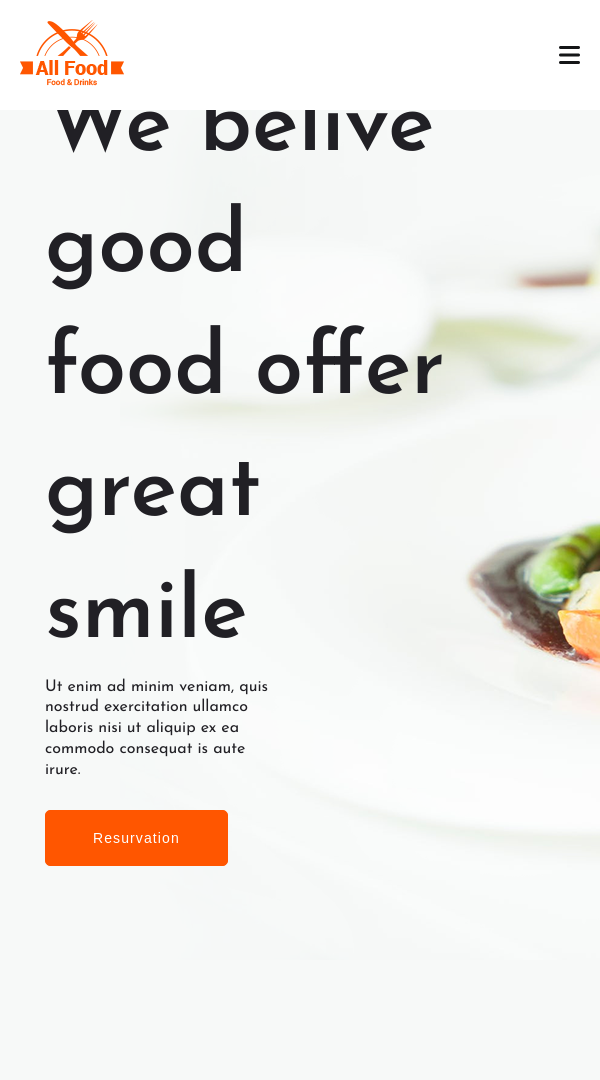
Repository: Ebtehal18/food
Page: index.html
The author's editor kept a copy of each file at every save. The page is drawn from the files as they stood at one save, then again after the next save.
The browser window is 600 px wide. The pictures show the whole page.
The first `.header input` is checked.

Above is the page before, as saved 2024-01-17 14:24:44.

### index.html
<!DOCTYPE html>
<html lang="en">
  <head>
    <meta charset="UTF-8" />
    <meta name="viewport" content="width=device-width, initial-scale=1.0" />
    <title>Time Zone</title>
    <link rel="preconnect" href="https://fonts.googleapis.com" />
    <link rel="preconnect" href="https://fonts.gstatic.com" crossorigin />
    <link
      href="https://fonts.googleapis.com/css2?family=Josefin+Sans:wght@200;300;400;500;600&display=swap"
      rel="stylesheet"
    />
    <link rel="stylesheet" href="asessets/css/style.css" />
    <link rel="stylesheet" href="asessets/css/External/all.min.css" />
  </head>
  <body>
    <!-- nav bar -->
    <header class="header">
      <div class="logo"><img src="asessets/imgs/logo.png" alt="logo" /></div>
      <label for="checkbox"><i class="fa-solid fa-bars"></i></label>
      <input type="checkbox" id="checkbox">
      <nav class="nav">
        <ul class="nav-list">
          <li class="list-item"><a href="#">Home</a></li>
          <li class="list-item"><a href="#">About</a></li>
          <li class="list-item"><a href="#">Menu</a></li>
          <li class="list-item">
            <a href="#">Blog</a>
            <ul class="dropdown-list">
              <li class="dropdown-item"><a href="#">Blog</a></li>
              <li class="dropdown-item"><a href="#">Blog Details</a></li>
              <li class="dropdown-item"><a href="#">Element</a></li>
            </ul>
          </li>
          <li class="list-item"><a href="#">Contact</a></li>
        </ul>
      </nav>
      <button class="btn btn-nav">Order Online</button>
    </header>

    <!-- hero -->

    <section class="hero">
      <div class="container">
        <div class="row">
         <div class="hero-content">
           <span>Discover Your Teste</span>
          <h1>We belive good food offer great smile</h1>
          <p>
            Ut enim ad minim veniam, quis nostrud exercitation ullamco laboris
            nisi ut aliquip ex ea commodo consequat is aute irure.
          </p>
          <button class="btn-hero">Resurvation</button>
        </div>
          </div>
        </div>
      </div>
    </section>
  </body>
</html>

### asessets/css/style.css
/*
=======================================================
          public styles
======================================================= */
*,
*::after,
*::before {
  margin: 0;
  padding: 0;
  box-sizing: border-box;
}
html,
body {
  overflow-x: hidden;
}
body {
  font-family: "Josefin Sans", sans-serif;
  color: #141517;
  /* height: 1000px; */
}
.container {
  width: 85%;
  margin: auto;
}
.row {
  display: flex;
  justify-content: space-between;
  align-items: flex-start;
}

/* @media (max-width: 767px) {
  .row {
    flex-flow: column wrap;
  }
} */

/*
=====================================================
            end public styles
=====================================================
 */

/* ===============
        navbar
 ================= */
.header {
  z-index: 999;
  display: flex;
  background-color: #fff;
  position: fixed;
  justify-content: space-around;
  align-items: center;
  top: 0;
  padding: 20px 65px;
  width: 100%;
}
.header .nav {
  display: flex;
  margin-left: auto;
  margin-right: 30px;
}
.header .nav .nav-list .list-item {
  padding: 0 30px;
  display: inline-block;
}
.header .nav .nav-list .list-item a {
  color: #141517;
  font-weight: 400;
  font-size: 16px;
  text-decoration: none;
}
.header .nav .nav-list .list-item a:hover {
  color: #ff5600;
}
.header .nav .nav-list .list-item:nth-child(4) {
  position: relative;
}

.header .nav .list-item .dropdown-list {
  padding: 10px 15px;
  background-color: #fff;
  position: absolute;
  top: 44px;
  left: -4px;
  opacity: 0;
  transition: all 0.4s ease-in;
  -webkit-transition: all 0.4s ease-in;
  -moz-transition: all 0.4s ease-in;
  -ms-transition: all 0.4s ease-in;
  -o-transition: all 0.4s ease-in;
}
.header .nav .nav-list .list-item:nth-child(4):hover .dropdown-list {
  opacity: 1;
  top: 63px;
}

.header .nav .list-item .dropdown-list li {
  width: 140px;
  display: inline-block;
  margin-bottom: 20px;
}
.header .btn {
  position: relative;
  z-index: 1;
  cursor: pointer;
  color: #464d65;
  outline: none;
  border: 1px solid #ff5600;
  font-size: 14px;
  font-weight: 500;
  background-color: transparent;
  padding: 19px 47px;
  border-radius: 5px;
  -webkit-border-radius: 5px;
  -moz-border-radius: 5px;
  -ms-border-radius: 5px;
  -o-border-radius: 5px;
  transition: all 0.4s ease-in;
  -webkit-transition: all 0.4s ease-in;
  -moz-transition: all 0.4s ease-in;
  -ms-transition: all 0.4s ease-in;
  -o-transition: all 0.4s ease-in;
}
.header .btn::before {
  background-color: #ff5600;
  position: absolute;
  content: "";
  top: 0;
  left: 0;
  height: 0%;
  width: 100%;
  z-index: -1;
  transition: all 0.4s ease-in;
  -webkit-transition: all 0.4s ease-in;
  -moz-transition: all 0.4s ease-in;
  -ms-transition: all 0.4s ease-in;
  -o-transition: all 0.4s ease-in;
}
.header .btn:hover {
  color: #fff;
}
.header .btn:hover::before {
  height: 100%;
}
.header input,
label {
  display: none;
}

@media (max-width: 767px) {
  .header {
    display: flex;
    justify-content: space-between;
    padding: 20px;
  }
  .header .nav {
    display: none;
  }
  .header .nav-list {
    padding: 20px 0;
    left: 0;
    right: 0;
    background-color: #ffb400fa;
    display: none;
    position: absolute;
    top: 100%;
  }

  .header .nav .nav-list .list-item {
    margin-bottom: 20px;
    padding: 0 30px;
    display: block;
  }
  .header .nav .nav-list .list-item a {
    color: #fff;
  }
  .header .nav .list-item .dropdown-list {
    border-radius: 5px;
    left: 23px;
    top: 0;
    background-color: #ff5600;
    -webkit-border-radius: 5px;
    -moz-border-radius: 5px;
    -ms-border-radius: 5px;
    -o-border-radius: 5px;
  }

  .header .nav .list-item .dropdown-list li {
    display: block;
  }
  .header .nav .list-item .dropdown-list a,
  .header .nav .list-item .dropdown-list a:hover {
    color: #fff;
  }
  .header .btn {
    display: none;
  }
  .header label {
    margin-left: auto;
    display: block;
  }
  .header label i {
    font-size: 24px;
  }
  .header input:checked + nav .nav-list {
    display: block;
  }
}
/* ===============
       end  navbar
 ================= */
/* ===============
       hero
 ================= */
.hero {
  display: flex;
  width: 100%;
  height: 1080px;
  background-image: url(../imgs/h1_hero.png);
  background-size: cover;
  background-position: bottom;
}

.hero .hero-content {
  margin-top: -237px;
}
.hero .hero-content span {
  color: #ff5600;
  font-size: 16px;
  font-weight: 500;
  margin-bottom: 75px;
  display: inline-block;
}
.hero .hero-content h1 {
  color: #212025;
  font-size: 87px;
  width: 80%;
  line-height: 1.4;
}
.hero .hero-content p {
  margin-bottom: 30px;
  line-height: 1.3;
  width: 44%;
  color: #212025;
  font-size: 16px;
}
.hero .hero-content .btn-hero {
  letter-spacing: 1.1px;
  position: relative;
  z-index: 1;
  cursor: pointer;
  color: #fff;
  outline: none;
  border: 1px solid #ff5600;
  font-size: 14px;
  font-weight: 500;
  background-color: #ff5600;
  padding: 19px 47px;
  border-radius: 5px;
  -webkit-border-radius: 5px;
  -moz-border-radius: 5px;
  -ms-border-radius: 5px;
  -o-border-radius: 5px;
  transition: all 0.4s ease-in;
  -webkit-transition: all 0.4s ease-in;
  -moz-transition: all 0.4s ease-in;
  -ms-transition: all 0.4s ease-in;
  -o-transition: all 0.4s ease-in;
}
.hero .hero-content .btn-hero::before {
  z-index: -1;
  content: "";
  background-color: rgba(0, 0, 0, 0.6);
  top: 0;
  left: 0;
  width: 0;
  height: 100%;
  position: absolute;
  transition: all 0.4s;
  -webkit-transition: all 0.4s;
  -moz-transition: all 0.4s;
  -ms-transition: all 0.4s;
  -o-transition: all 0.4s;
}
.hero .hero-content .btn-hero:hover::before {
  filter: grayscale(50%);
  width: 100%;
  -webkit-filter: grayscale(50%);
}

Loaded but not shown: asessets/css/External/all.min.css (library)

After the next save:
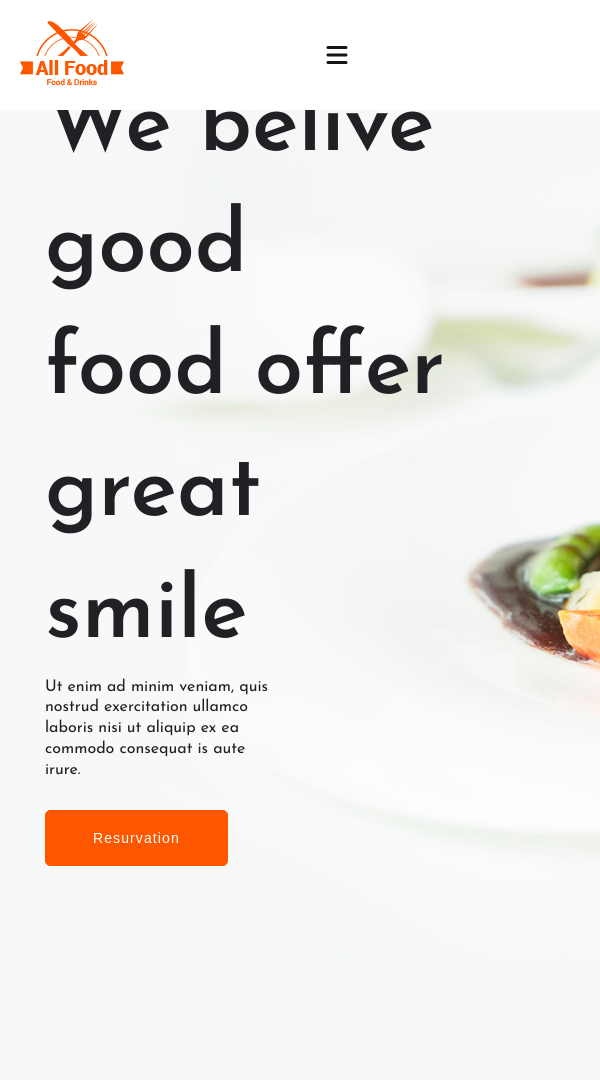
Saved 40 s later.
--- a/asessets/css/style.css
+++ b/asessets/css/style.css
@@ -202,7 +202,7 @@
   .header label i {
     font-size: 24px;
   }
-  .header input:checked + nav .nav-list {
+  .header input:checked + .nav {
     display: block;
   }
 }

After the save that followed:
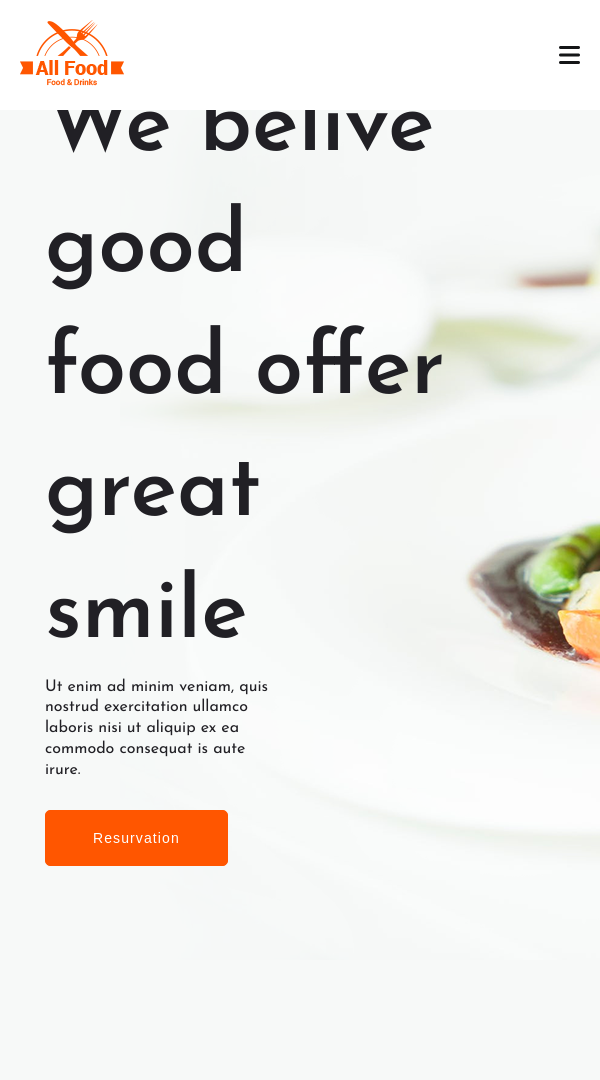
Saved 23 s later.
--- a/asessets/css/style.css
+++ b/asessets/css/style.css
@@ -202,7 +202,7 @@
   .header label i {
     font-size: 24px;
   }
-  .header input:checked + .nav {
+  .header input:checked + nav .nav-list {
     display: block;
   }
 }
